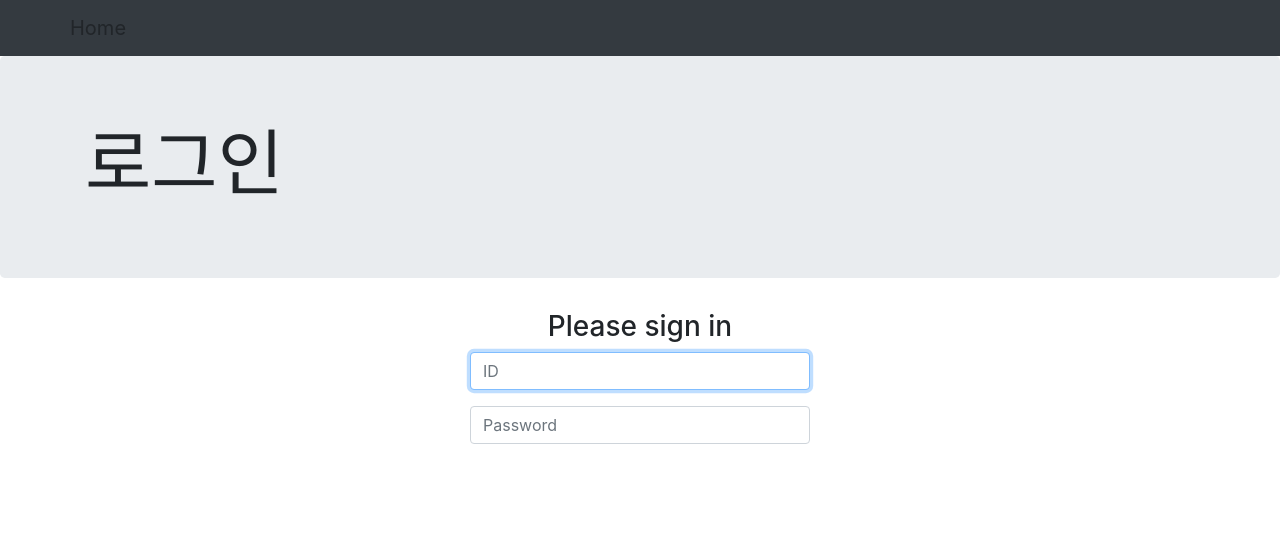
Repository: ramperrit/JSP
Page: http://localhost/WebMarket/login.jsp
An editor plug-in stored every save of this project. The page is shown before and after the next save, followed by the edit.
The browser window is 1280 px wide. The pictures show the whole page.
The page is served by Tomcat 9. Other server files are loaded and not shown.

Above is the page before, as saved 2024-02-28 02:04:29.

### WebMarket/src/main/webapp/login.jsp
<%@ page language="java" contentType="text/html; charset=utf-8"%>
<html>
<head>
<link rel = "stylesheet" href = "./resources/css/bootstrap.min.css" />
<title>Login</title>
</head>
<body>
	<jsp:include page="menu.jsp"/>
	<div class="jumbotron">
		<div class="container">
			<h1 class="display-3">로그인</h1>
		</div>
	</div>
	<div class="container" align="center">
		<div class="col-md-4 col-md-offset-4">
			<h3 class="form-signin-heading">Please sign in</h3>
			<%
				String error = request.getParameter("error");
				if(error != null){
					out.println("<div class='alert alert-danger'>");
					out.println("아이디와 비밀번호를 확인해주세요.");
					out.println("</div>");
				}
			%>
			<form class="form-signin" action="j_security_check" method="post">
				<div class="form-group">
					<label for="inputUsername" class="sr-only">User Name</label>
					<input type="text" class="form-control" placeholder="ID" name='j_username' required autofocus>
				</div>
				<div class="form-group">
					<label for="inputPassWord" class="sr-only">Password</label>
					<input type="password" class="form-control" placeholder="Password" name='j_password' required>
				</div>

			</form>

		</div>

	</div>
</body>
</html>

### WebMarket/src/main/webapp/menu.jsp
<nav class = "navbar navbar-expand navbar-dark bg-dark">
		<div class = "container">
			<div class = "navbar-header">
				<a class = "navbar-brand" herf="./Welcome.jsp">Home</a>
			</div>
		</div>
	</nav>

Loaded but not shown: WebMarket/src/main/webapp/resources/css/bootstrap.min.css (library)

After the next save:
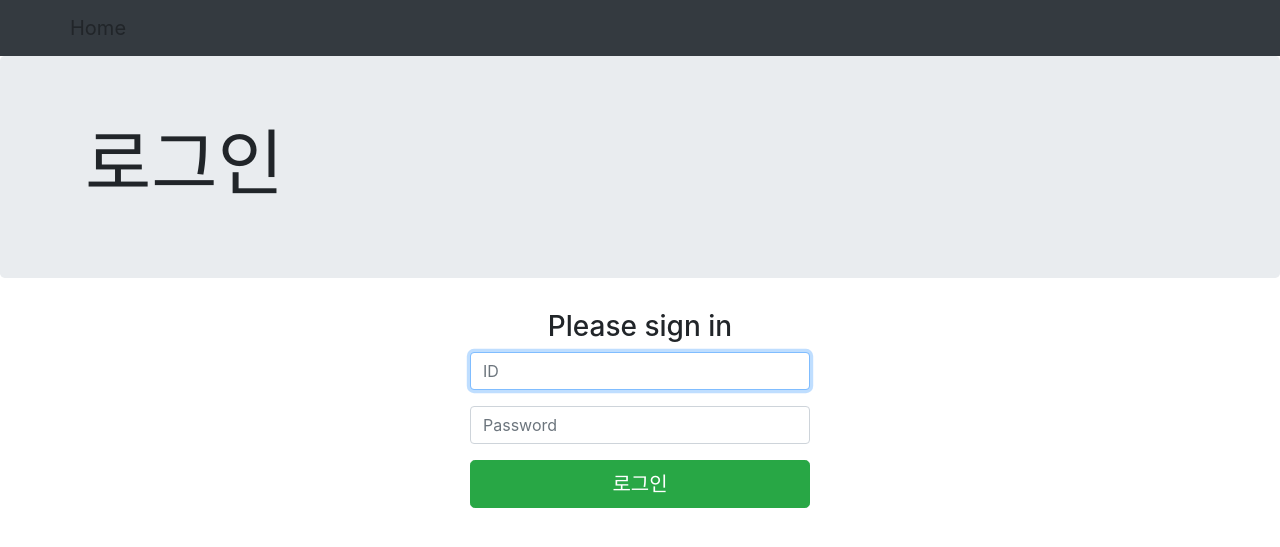
Saved 46 s later.
--- a/WebMarket/src/main/webapp/login.jsp
+++ b/WebMarket/src/main/webapp/login.jsp
@@ -31,6 +31,7 @@
 					<label for="inputPassWord" class="sr-only">Password</label>
 					<input type="password" class="form-control" placeholder="Password" name='j_password' required>
 				</div>
+				<button class="btn btn btn-lg btn-success btn-block" type="submit">로그인</button>
 
 			</form>
 
